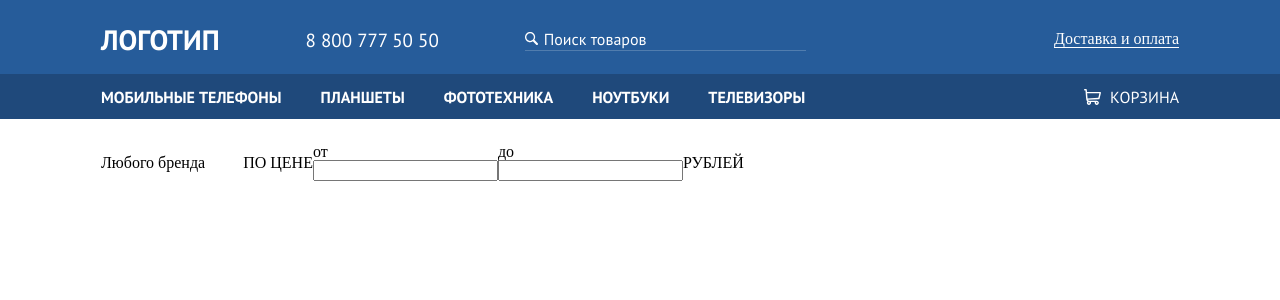
Repository: sem1103/WEBCompany
Page: index.html
The author's editor kept a copy of each file at every save. The page is drawn from the files as they stood at one save, then again after the next save.
The browser window is 1280 px wide. The pictures show the whole page.

Above is the page before, as saved 2024-01-11 20:17:31.

### index.html
<!DOCTYPE html>
<html lang="en">

<head>
    <meta charset="UTF-8">
    <meta name="viewport" content="width=device-width, initial-scale=1.0">
    <title>Интернет магазин</title>

    <link rel="preconnect" href="https://fonts.googleapis.com">
    <link rel="preconnect" href="https://fonts.gstatic.com" crossorigin>
    <link href="https://fonts.googleapis.com/css2?family=PT+Sans:wght@400;700&display=swap" rel="stylesheet">

    <link rel="stylesheet" href="styles/reset.css">
    <link rel="stylesheet" href="styles/main.css">
</head>

<body>
    <div id="page">
        <header>
            <div class="container">
                <div class="header__logo">
                    <span>ЛОГОТИП</span>
                </div>
                <p class="phone__number"><a href="tel:+78007775050">8 800 777 50 50</a></p>
                <div class="search__items">
                    <button>
                        <svg xmlns="http://www.w3.org/2000/svg" width="13" height="13" viewBox="0 0 13 13" fill="none">
                            <path
                                d="M8.68135 1.48741C6.69814 -0.495804 3.4703 -0.495804 1.48709 1.48741C-0.495696 3.47106 -0.495696 6.69846 1.48709 8.6821C3.2532 10.4478 6.00382 10.6369 7.98574 9.25819C8.02744 9.45553 8.12289 9.64383 8.27637 9.79731L11.1646 12.6855C11.5855 13.1055 12.2656 13.1055 12.6843 12.6855C13.1048 12.265 13.1048 11.5849 12.6843 11.1657L9.79613 8.27669C9.64351 8.1245 9.45477 8.02863 9.25744 7.98692C10.6371 6.00457 10.4479 3.25438 8.68135 1.48741ZM7.76949 7.77024C6.28885 9.25089 3.87916 9.25089 2.39895 7.77024C0.919166 6.2896 0.919166 3.88034 2.39895 2.3997C3.87916 0.919489 6.28885 0.919489 7.76949 2.3997C9.25013 3.88034 9.25013 6.2896 7.76949 7.77024Z"
                                fill="white" />
                        </svg>
                    </button>
                        <input type="text" name="itemName" placeholder="Поиск товаров">

                </div>
                <p class="delivery"><a href="">Доставка и оплата</a></p>
                <a href="" class="mobile__cart">
                    <svg xmlns="http://www.w3.org/2000/svg" width="21" height="20" viewBox="0 0 21 20" fill="none">
                        <path d="M20.1372 3.64139H3.71775L3.47368 0.816059C3.43376 0.354025 3.0611 0 2.61469 0H0.862433C0.386124 0 0 0.401223 0 0.896159C0 1.39109 0.386124 1.79232 0.862433 1.79232H1.82622C2.35292 7.8897 0.991675 -7.86977 2.81815 13.2755C2.88854 14.1031 3.31889 15.0012 4.06025 15.6114C2.72361 17.3851 3.94489 20 6.11917 20C7.92379 20 9.19662 18.1298 8.57776 16.3584H13.298C12.6799 18.1275 13.95 20 15.7566 20C17.1983 20 18.3713 18.7812 18.3713 17.2831C18.3713 15.7849 17.1983 14.5661 15.7566 14.5661H6.125C5.46988 14.5661 4.89899 14.1554 4.65258 13.557L18.4354 12.7153C18.8117 12.6924 19.13 12.4181 19.2215 12.0381L20.9739 4.75489C21.1097 4.19014 20.6983 3.64139 20.1372 3.64139ZM6.11917 18.2077C5.62857 18.2077 5.22939 17.7929 5.22939 17.2831C5.22939 16.7732 5.62857 16.3584 6.11917 16.3584C6.60981 16.3584 7.009 16.7732 7.009 17.2831C7.009 17.7929 6.60981 18.2077 6.11917 18.2077ZM15.7565 18.2077C15.2659 18.2077 14.8667 17.7929 14.8667 17.2831C14.8667 16.7732 15.2659 16.3584 15.7565 16.3584C16.2472 16.3584 16.6464 16.7732 16.6464 17.2831C16.6464 17.7929 16.2472 18.2077 15.7565 18.2077ZM17.7018 10.9648L4.42042 11.7758L3.87257 5.43367H19.0326L17.7018 10.9648Z" fill="white"/>
                      </svg>
                </a>
            </div>

            <nav>
                <ul class="container">
                    <li><a href="">МОБИЛЬНЫЕ ТЕЛЕФОНЫ</a></li>
                    <li><a href="">ПЛАНШЕТЫ</a></li>
                    <li><a href="">ФОТОТЕХНИКА</a></li>
                    <li><a href="">НОУТБУКИ</a></li>
                    <li><a href="">ТЕЛЕВИЗОРЫ</a></li>

                    <li class="desc__cart"><a href="">
                       <svg xmlns="http://www.w3.org/2000/svg" width="17" height="16" viewBox="0 0 17 16" fill="none">
                            <path d="M16.3015 2.91311H3.0096L2.81202 0.652847C2.77971 0.28322 2.47804 0 2.11666 0H0.69816C0.312576 0 0 0.320979 0 0.716927C0 1.11288 0.312576 1.43385 0.69816 1.43385H1.47837C1.90475 6.31176 0.802785 -6.29581 2.28136 10.6204C2.33834 11.2825 2.68672 12.0009 3.28687 12.4891C2.20482 13.9081 3.19349 16 4.95361 16C6.4145 16 7.44488 14.5038 6.9439 13.0868H10.765C10.2647 14.502 11.2928 16 12.7553 16C13.9224 16 14.872 15.0249 14.872 13.8264C14.872 12.628 13.9224 11.6529 12.7553 11.6529H4.95834C4.428 11.6529 3.96585 11.3243 3.76638 10.8456L14.9239 10.1723C15.2285 10.1539 15.4862 9.93446 15.5603 9.63048L16.9789 3.80391C17.0888 3.35211 16.7558 2.91311 16.3015 2.91311ZM4.95361 14.5661C4.55646 14.5661 4.23331 14.2343 4.23331 13.8264C4.23331 13.4186 4.55646 13.0868 4.95361 13.0868C5.3508 13.0868 5.67395 13.4186 5.67395 13.8264C5.67395 14.2343 5.3508 14.5661 4.95361 14.5661ZM12.7553 14.5661C12.3581 14.5661 12.035 14.2343 12.035 13.8264C12.035 13.4186 12.3581 13.0868 12.7553 13.0868C13.1525 13.0868 13.4756 13.4186 13.4756 13.8264C13.4756 14.2343 13.1525 14.5661 12.7553 14.5661ZM14.33 8.77181L3.57844 9.42062L3.13494 4.34693H15.4073L14.33 8.77181Z" fill="white"/>
                          </svg>
                        КОРЗИНА</a></li>
                </ul>
            </nav>
        </header>

        <main>
            <div class="filter-title container">
                <div  id="logo__filter">
                    <p class="display"></p>
                </div>

                <div  id="brand__filter">
                    <p class="display"></p>
                </div>

                <div class="price__filter">
                    <p>ПО ЦЕНЕ</p>

                    <div class="price__from">
                        <p>от</p>
                        <input type="number" name="fromPrice" >
                    </div>
                    <div class="price__to">
                        <p>до</p>
                        <input type="number" name="toPrice" >

                    </div>
                    <p>РУБЛЕЙ</p>
                </div>
            </div>
        </main>

    </div>


    <script>
        document.addEventListener('DOMContentLoaded', ()=>{
            const logoList = [
                'Любого бренда',
                'Компакт-камера',
                'Беззеркальная',
                'Зеркальная',
                'Среднеформатная'
            ]
            const brandList = [
                'Любого бренда',
                'Canon',
                'Nikon',
                'Sony',
                'Fujifilm',
                'Samsung',
                'Olympus'
            ]

            const logoFilter = document.getElementById('logo__filter');
            const brandFilter = document.getElementById('brand__filter');



            function showFilter(name, filter){
                filter.querySelector('.display').innerText = name;

            }

            showFilter(logoList[0], logoFilter)
        })
    </script>
</body>

</html>

### styles/reset.css
:root{
    --blue: #265C9A;
    --darkBlue: #1F497B;
    --yellow: #FBFF3D;
    --fontPT: 'PT Sans'
 }
html{
    scroll-behavior: smooth;
}
html,
body,
div,
span,
applet,
object,
iframe,
h1,
h2,
h3,
h4,
h5,
h6,
p,
blockquote,
pre,
a,
abbr,
acronym,
address,
big,
cite,
code,
del,
dfn,
em,
img,
ins,
kbd,
q,
s,
samp,
small,
strike,
strong,
sub,
sup,
tt,
var,
b,
u,
i,
center,
dl,
dt,
dd,
ol,
ul,
li,
fieldset,
form,
label,
legend,
table,
caption,
tbody,
tfoot,
thead,
tr,
th,
td,
article,
aside,
canvas,
details,
embed,
figure,
figcaption,
footer,
header,
hgroup,
menu,
nav,
output,
ruby,
section,
summary,
time,
mark,
audio,
video {
    margin: 0;
    padding: 0;
    border: 0;
    font-size: 100%;
    font: inherit;
    vertical-align: baseline
}

article,
aside,
details,
figcaption,
figure,
footer,
header,
hgroup,
menu,
nav,
section {
    display: block
}

body {
    line-height: 1;
}

ol,
ul {
    list-style: none
}

blockquote,
q {
    quotes: none
}

blockquote:before,
blockquote:after,
q:before,
q:after {
    content: '';
    content: none
}

table {
    border-collapse: collapse;
    border-spacing: 0
}

a {
    text-decoration: none;
    color: inherit;
    transition: all .3s ease-in-out
}

a:hover {
    color: #365edc;
}

* {
    box-sizing: border-box
}

main img{
    width: 100%;
    height: auto;
}

### styles/main.css


.container{
    max-width: 1078px;
    margin: 0 auto;
}
header{
    background: var(--blue);
}
nav{
    background: var(--darkBlue);
}
header > div{
    display: flex;
    align-items: center;
    padding: 21px 0 16px 0;
}
header a:hover{
    color: var(--yellow);
}
.header__logo span{
    font:700 28px var(--fontPT);
    color: #fff;
}
.phone__number{
    margin: 0 86px;
    font: 19px var(--fontPT);
    color: #fff;
}
.search__items{
    border-bottom: 1px solid #517DAE;
    max-width: 281px;
    width: 100%;
}
.search__items button{
    background-color: transparent;
    border: 0;
    padding: 0;
    margin: 0;
    cursor: pointer;
}
.search__items input{
    font: 16px var(--fontPT);
    background-color: transparent;
    border: 0;
    outline: 0;
    color: #fff;
}
.search__items input::placeholder{
    color: #fff;
}
.delivery{
    margin: 0 0 0 auto;
    color: #fff;
    border-bottom: 1px solid #fff;
}


.mobile__cart{
    display: none;
}


nav ul{
    display: flex;
    color: #fff;
    padding: 13px 0 12px 0;
}
nav li{
    margin: 0 39px 0 0;
    font: 700 16px var(--fontPT);
}
.desc__cart{
    margin: 0 0 0 auto;
    font-weight: 400;
}
.desc__cart a{
    display: flex;
    align-items: center;
}
.desc__cart svg{
    margin: 0 9px 0 0 ;
}


/*Filter*/
.filter-title{
    padding: 25px 0 23px 0;
    display: flex;
    align-items: center;

}
.price__filter{
    display: flex;
    align-items: center;

}

.filter-title select{
    font: 16px var(--fontPT);
    color: #484848;
    cursor: pointer;
    max-width: 264px;
    width: 100%;
    padding: 14px 17px 13px 17px;
    outline: 0;
}
#brand__filter{
    margin: 0 24px 0 14px;
}

After the next save:
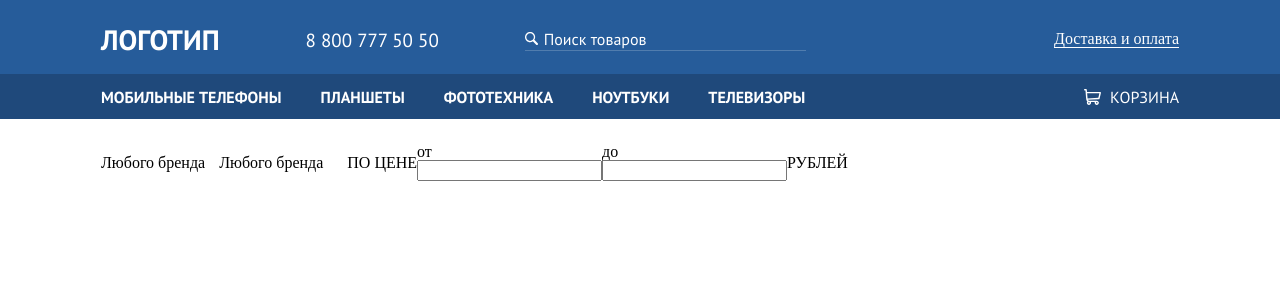
Saved 10 s later.
--- a/index.html
+++ b/index.html
@@ -118,6 +118,7 @@
             }
 
             showFilter(logoList[0], logoFilter)
+            showFilter(brandList[0], brandFilter)
         })
     </script>
 </body>
